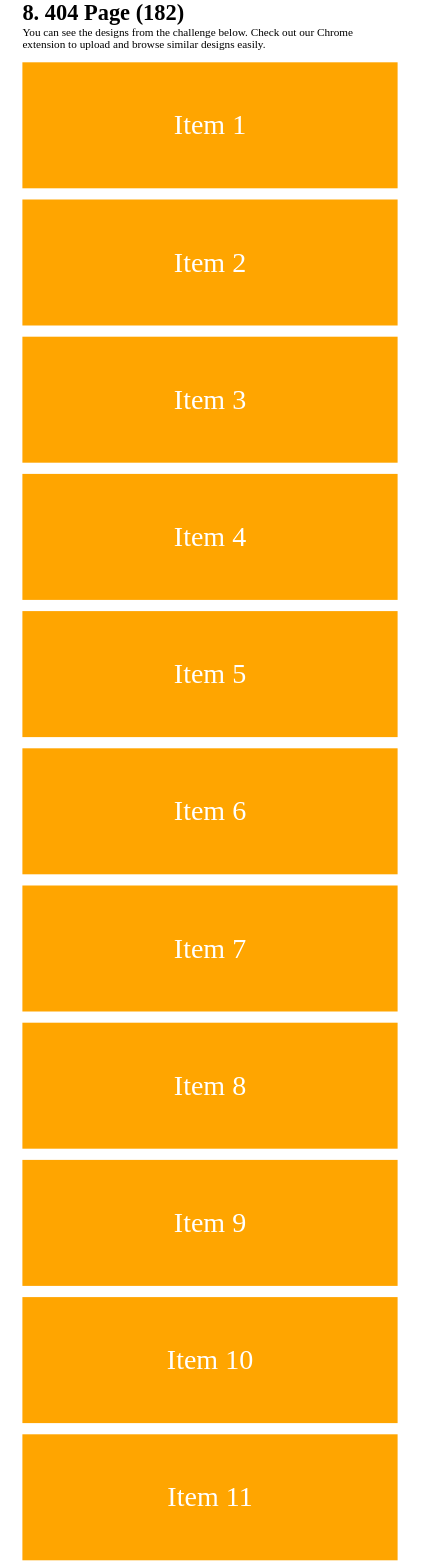
Repository: Huy48552/Grid-base
Page: layout2.html
An editor plug-in stored every save of this project. The page is shown before and after the next save, followed by the edit.
The browser window is 600 px wide. The page is 600 px wide, then 604 px, then 600 px, so the pictures cover 604 px, including what lies to the right of the window. The pictures show the part of the page from y = 0 to 2240 px (the page is 19673 px tall), at 70% of full size.

Above is the page before, as saved 2021-08-23 16:02:36.

After the next save:
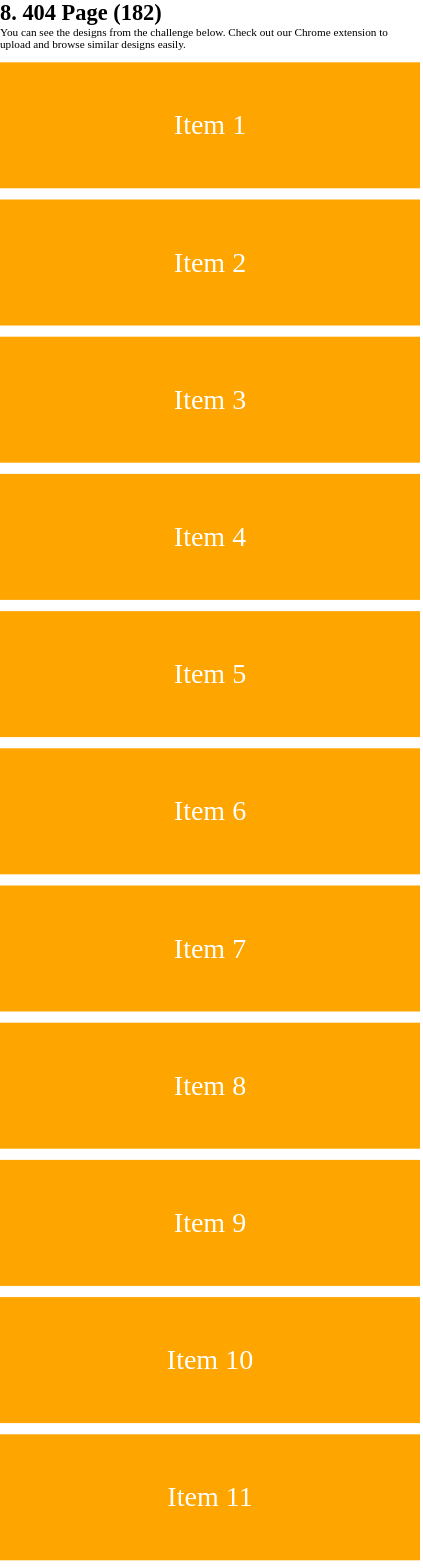
Saved 2 min 0 s later.
--- a/style.css
+++ b/style.css
@@ -38,4 +38,8 @@
     .hide-on-mobile {
         display: none;
     }
+
+    .main {
+        padding: 0;
+    }
 }

After the save that followed:
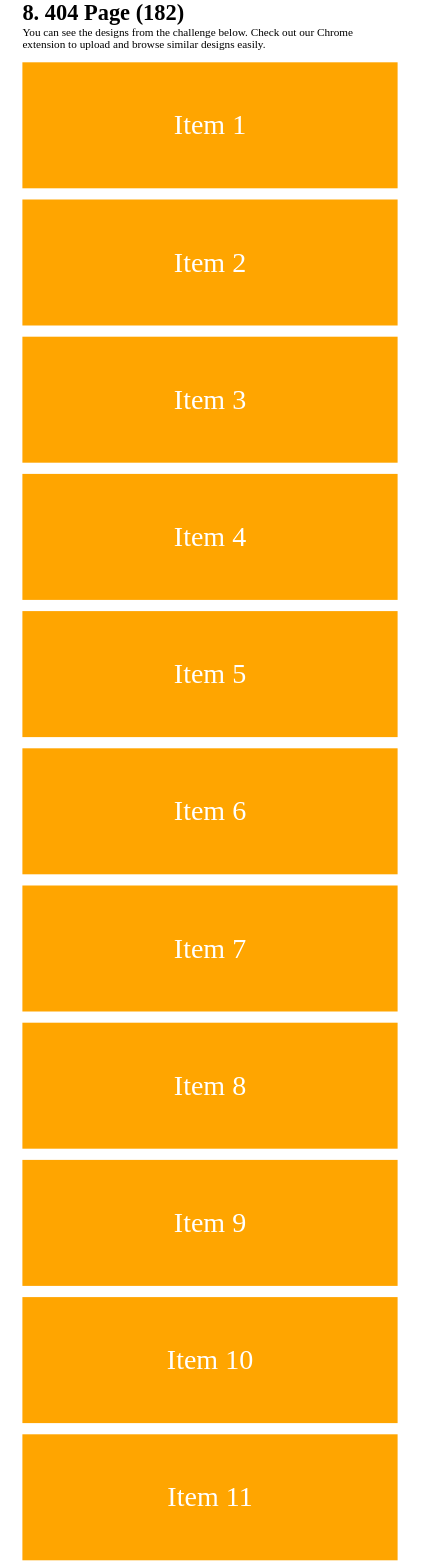
Saved 17 s later.
--- a/style.css
+++ b/style.css
@@ -38,8 +38,4 @@
     .hide-on-mobile {
         display: none;
     }
-
-    .main {
-        padding: 0;
-    }
 }
